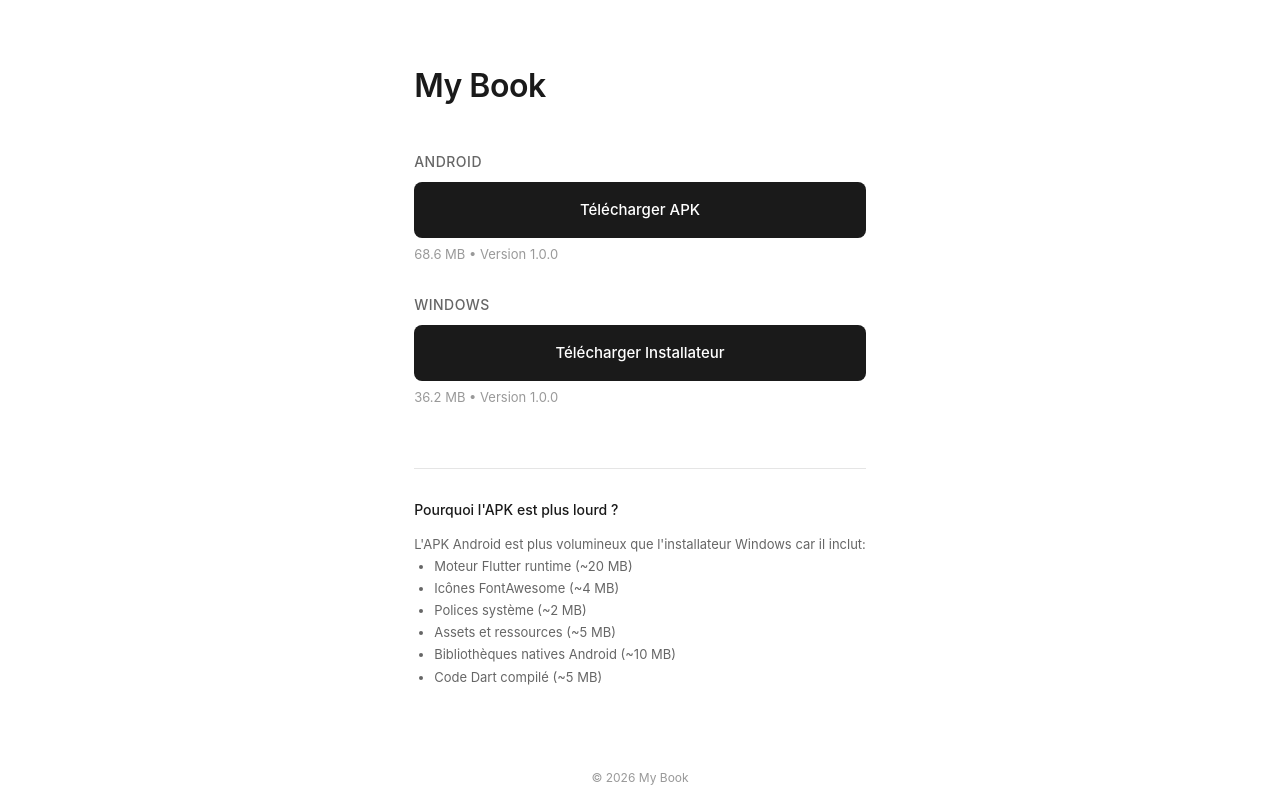
Repository: Deogratiasdev/app
Page: test.html
The author's editor kept a copy of each file at every save. The page is drawn from the files as they stood at one save, then again after the next save.
The browser window is 1280 px wide. The pictures show the whole page.

Above is the page before, as saved 2026-04-11 23:38:21.

After the next save:
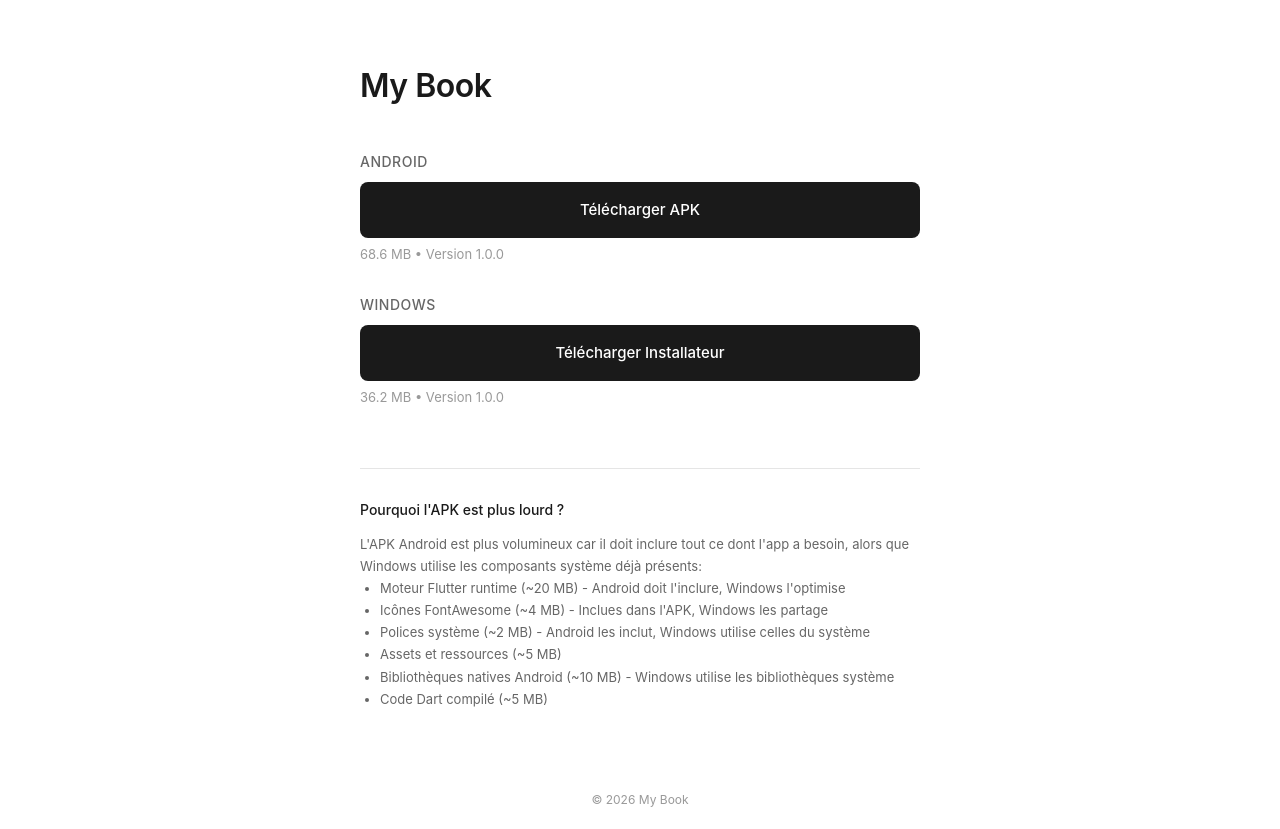
Saved 3 min 1 s later.
--- a/test.html
+++ b/test.html
@@ -111,13 +111,13 @@
 
         <div class="info-section">
             <h3>Pourquoi l'APK est plus lourd ?</h3>
-            <p>L'APK Android est plus volumineux que l'installateur Windows car il inclut:</p>
+            <p>L'APK Android est plus volumineux car il doit inclure tout ce dont l'app a besoin, alors que Windows utilise les composants système déjà présents:</p>
             <ul>
-                <li>Moteur Flutter runtime (~20 MB)</li>
-                <li>Icônes FontAwesome (~4 MB)</li>
-                <li>Polices système (~2 MB)</li>
+                <li>Moteur Flutter runtime (~20 MB) - Android doit l'inclure, Windows l'optimise</li>
+                <li>Icônes FontAwesome (~4 MB) - Inclues dans l'APK, Windows les partage</li>
+                <li>Polices système (~2 MB) - Android les inclut, Windows utilise celles du système</li>
                 <li>Assets et ressources (~5 MB)</li>
-                <li>Bibliothèques natives Android (~10 MB)</li>
+                <li>Bibliothèques natives Android (~10 MB) - Windows utilise les bibliothèques système</li>
                 <li>Code Dart compilé (~5 MB)</li>
             </ul>
         </div>
